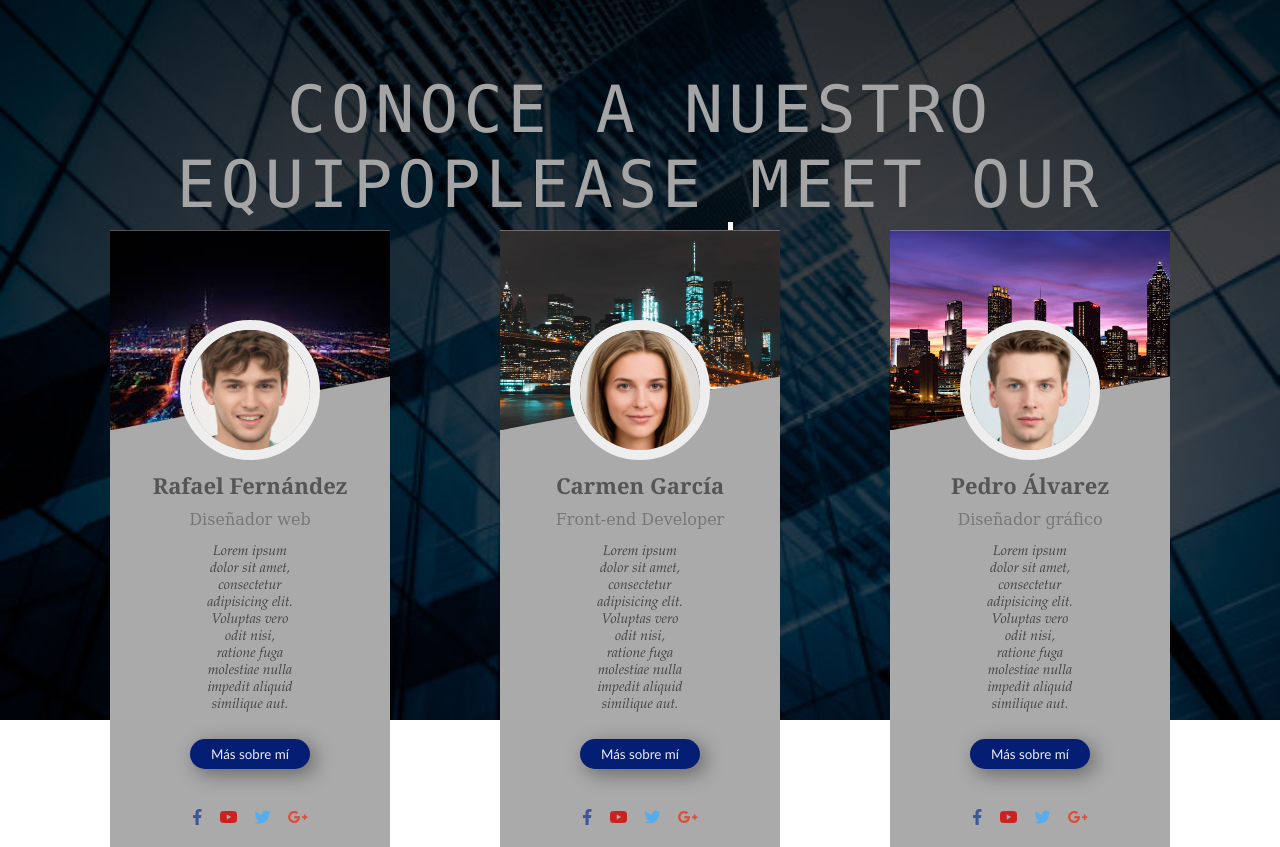
Repository: RaquelAlvarezz/Ejercicios-FormawebIV
Page: Equipo/index.html
These files come from the project's save history. The page is drawn as it stood at one moment and after the next save; the edit follows.
The browser window is 1280 px wide. The pictures show the whole page.

Above is the page before, as saved 2021-11-23 14:52:37.

### Equipo/index.html
<!DOCTYPE html>
<html lang="es">
<head>
  <meta charset="UTF-8">
  <meta http-equiv="X-UA-Compatible" content="IE=edge">
  <meta name="viewport" content="width=device-width, initial-scale=1.0">
  <title>Tarjetas equipo</title>
  <link rel="stylesheet" href="css/styles.css">
  <link rel="stylesheet" href="https://use.fontawesome.com/releases/v5.15.0/css/all.css" integrity="sha384-OLYO0LymqQ+uHXELyx93kblK5YIS3B2ZfLGBmsJaUyor7CpMTBsahDHByqSuWW+q" crossorigin="anonymous">
  <link rel="icon" href="https://w7.pngwing.com/pngs/506/152/png-transparent-computer-icons-teamwork-teamwork-miscellaneous-hand-logo-thumbnail.png">
</head>
<body cz-shortcut-listen="true">
	<div class="container">
		<div class="heading">Conoce a nuestro equipo</div>
		<div class="cards-wrapper">
			<div class="card">
				<img src="img/descarga.jpg" class="image-top" alt="">
				<img src="img/Rafa.jpg" class="profile-image" alt="">
				<h1 class="fullname">Rafael Fernández</h1>
				<p class="job">Diseñador web</p>
				<p class="about-me">Lorem ipsum dolor sit amet, consectetur adipisicing elit. Voluptas vero odit nisi, ratione fuga molestiae nulla impedit aliquid similique aut.</p>
				<button type="button">Más sobre mí</button>
				<ul class="social-icons">
					<li><a href="#"><i class="fab fa-facebook-f"></i></a></li>
					<li><a href="#"><i class="fab fa-youtube"></i></a></li>
					<li><a href="#"><i class="fab fa-twitter"></i></a></li>
					<li><a href="#"><i class="fab fa-google-plus-g"></i></a></li>
				</ul>
			</div>
			<div class="card">
				<img src="img/photo-1500632907344-a073709b2448.jpg" class="image-top" alt="">
				<img src="img/Carmen.jpg" class="profile-image" alt="">
				<h1 class="fullname">Carmen García</h1>
				<p class="job">Front-end Developer</p>
				<p class="about-me">Lorem ipsum dolor sit amet, consectetur adipisicing elit. Voluptas vero odit nisi, ratione fuga molestiae nulla impedit aliquid similique aut.</p>
				<button type="button">Más sobre mí</button>
				<ul class="social-icons">
					<li><a href="#"><i class="fab fa-facebook-f"></i></a></li>
					<li><a href="#"><i class="fab fa-youtube"></i></a></li>
					<li><a href="#"><i class="fab fa-twitter"></i></a></li>
					<li><a href="#"><i class="fab fa-google-plus-g"></i></a></li>
				</ul>
			</div>
			<div class="card">
				<img src="img/unnamed.jpg" class="image-top" alt="">
				<img src="img/Pedro.jpg" class="profile-image" alt="">
				<h1 class="fullname">Pedro Álvarez</h1>
				<p class="job">Diseñador gráfico</p>
				<p class="about-me">Lorem ipsum dolor sit amet, consectetur adipisicing elit. Voluptas vero odit nisi, ratione fuga molestiae nulla impedit aliquid similique aut.</p>
				<button type="button">Más sobre mí</button>
				<ul class="social-icons">
					<li><a href="#"><i class="fab fa-facebook-f"></i></a></li>
					<li><a href="#"><i class="fab fa-youtube"></i></a></li>
					<li><a href="#"><i class="fab fa-twitter"></i></a></li>
					<li><a href="#"><i class="fab fa-google-plus-g"></i></a></li>
				</ul>
			</div>
		</div>
	</div>
	<script src="js/script.js"></script>
</body>
</html>

### Equipo/css/styles.css
@charset "utf-8";
/* CSS Document */

*{
	margin: 0;
	padding: 0;
}

.container{
	width: 100%;
	height: 100vh;
	background: linear-gradient(rgb(0, 0, 0, .8), rgba(0, 0, 0, .6)), url("/Equipo/img/istockphoto-902746420-612x612.jpg") center no-repeat;
	background-size: cover;
}

.heading{
	color: rgb(165, 165, 165);
	font-size: 70px;
	position: absolute;
	top: 10%;
	left: 50%;
	transform:  translateX(-50%);
	font-family: Consolas, "Andale Mono", "Lucida Console", "Lucida Sans Typewriter", Monaco, "Courier New", "monospace";
	text-transform: uppercase;
	letter-spacing: 5px;
	text-align: center;
	white-space: pre-wrap;
}

.heading::after{
	content: '';
	width: 5px;
	height: 55px;
	background-color: #fff;
	position: absolute;
	animation: blinking 1s 3s infinite;
}

@keyframes blinking{
	0%{background-color: #FFFFFF}
	50%{background-color: transparent}
	100%{background-color: #fff}
}

.cards-wrapper{
	width: 80%;
	display: flex;
	justify-content: space-evenly;
	position: relative;
	top: 35%;
	left: 50%;
	transform: translateX(-50%);
}

.card{
	width:  280px;
	background-color: rgb(170, 170, 170);
	display: flex;
	flex-direction: column;
	align-items: center;
	justify-content: space-evenly;
	transition: transform .5s;
}

@keyframes cardAnim{
	0%{opacity: 0}
	100%{opacity: 1}
}

.card:nth-child(1){
	animtion: cardAnim 2s 3s backwards;
}

.card:nth-child(2){
	animtion: cardAnim 2s 3.5s backwards;
}

.card:nth-child(3){
	animtion: cardAnim 2s 4s backwards;
}

.card:hover{
	transform: scale(1.1);
}

.image-top{
	width: 100%;
	height: 220px;
	object-fit: cover;
	-webkit-clip-path: polygon(0 0, 100% 0, 100% 73%, 0% 100%);
	clip-path: polygon(0 0, 100% 0, 100% 73%, 0% 100%);
}

.profile-image{
	width: 120px;
	height: 120px;
	object-fit: cover;
	border-radius: 50%;
	margin-top: -110px;
	z-index: 10;
	border: 10px solid #eee;
}

.card h1{
	font-family: Cambria, "Hoefler Text", "Liberation Serif", Times, "Times New Roman", "serif";
	font-size: 22px;
	color: #555;
	margin: 10px;
}

.job{
	font-family: Constantia, "Lucida Bright", "DejaVu Serif", Georgia, "serif";
	color: #777;
	font-weight: 300;
}

.about-me{
	font-family: Baskerville, "Palatino Linotype", Palatino, "Century Schoolbook L", "Times New Roman", "serif";
	font-size: 14px;
	width: 90px;
	margin: 15px 0;
	font-style: italic;
	color: #444;
	text-align: center;
}

.card button{
	width: 120px;
	padding: 7px;
	margin: 10px 0;
	background-color: rgb(4, 30, 116);
	border: none;
	outline: none;
	border-radius: 25px;
	font-family: "Gill Sans", "Gill Sans MT", "Myriad Pro", "DejaVu Sans Condensed", Helvetica, Arial, "sans-serif";
	color: #eee;
	box-shadow: 5px 5px 20px rgba(0, 0, 0, .4);
}

.card:hover button{
	animation: buttonRotation 2s 1s linear;
}

@keyframes buttonRotation{
	0% {transform: scale(1) rotateZ(0)}
    5% {transform: scale(1.2) rotateZ(5deg)}
    10% {transform: scale(1.2) rotateZ(-5deg)}
    15% {transform: scale(1.2) rotateZ(5deg)}
    20% {transform: scale(1.2) rotateZ(-5deg)}
    25% {transform: scale(1.2) rotateZ(5deg)}
    30% {transform: scale(1.2) rotateZ(-5deg)}
    35% {transform: scale(1.2) rotateZ(5deg)}
    40% {transform: scale(1.2) rotateZ(-5deg)}
    45% {transform: scale(1.2) rotateZ(5deg)}
    50% {transform: scale(1.2) rotateZ(-5deg)}
    55% {transform: scale(1.2) rotateZ(5deg)}
    60% {transform: scale(1.2) rotateZ(-5deg)}
    65% {transform: scale(1.2) rotateZ(5deg)}
    70% {transform: scale(1.2) rotateZ(-5deg)}
    75% {transform: scale(1.2) rotateZ(5deg)}
    80% {transform: scale(1.2) rotateZ(-5deg)}
    85% {transform: scale(1.2) rotateZ(5deg)}
    90% {transform: scale(1.2) rotateZ(-5deg)}
    95% {transform: scale(1.2) rotateZ(5deg)}
    100% {transform: scale(1) rotateZ(0)}
}

.social-icons{
	width: 150px;
	list-style: none;
	display: flex;
	justify-content: space-evenly;
	margin: 10px 0 20px 0;
	boder-top: 1px solid #999;
	padding-top: 20px;
}

.fa-facebook-f{
	color: #3b5999;
}

.fa-youtube{
	color: #cd201f;
}

.fa-twitter{
	color: #55acee;
}

.fa-google-plus-g{
	color: #dd4b39;
}

@media(max-width: 1300px){
	.heading{
		font-size: 65px;
		width: 80%;
	}
	.cards-wrapper{
		width: 100%;
		top: 32%;
	}
	.image-top{
		height: 200px;
	}
}

@media(max-width: 1000px){
	.container{
		height: 100%;
	}
	.heading{
		width: 90%;
	}
	.cards-wrapper{
		flex-wrap: wrap;
		padding:300px 0 200px 0;
	}
	.card{
		margin: 0 30px 50px 30px;
	}
}

@media(max-width: 700px){
	.heading{
		font-size: 50px;
	}
	.heading::after{
		height: 40px;
	}
}

@media(max-width: 450px){
	.heading{
		font-size: 40px;
	}
	.heading::after{
		height: 33px;
	}
	.cards-wrapper{
		padding: 25px 0 150px 0;
	}
}

### Equipo/js/script.js
// JavaScript Document
const heading = 'Please Meet Our Team';
let i = 0;

const typing = () => {
	if(i < heading.length){
		document.querySelector('.heading').innerHTML += heading.charAt(i);
		i++;

		setTimeout(typing, 150);
	}
}

typing();

After the next save:
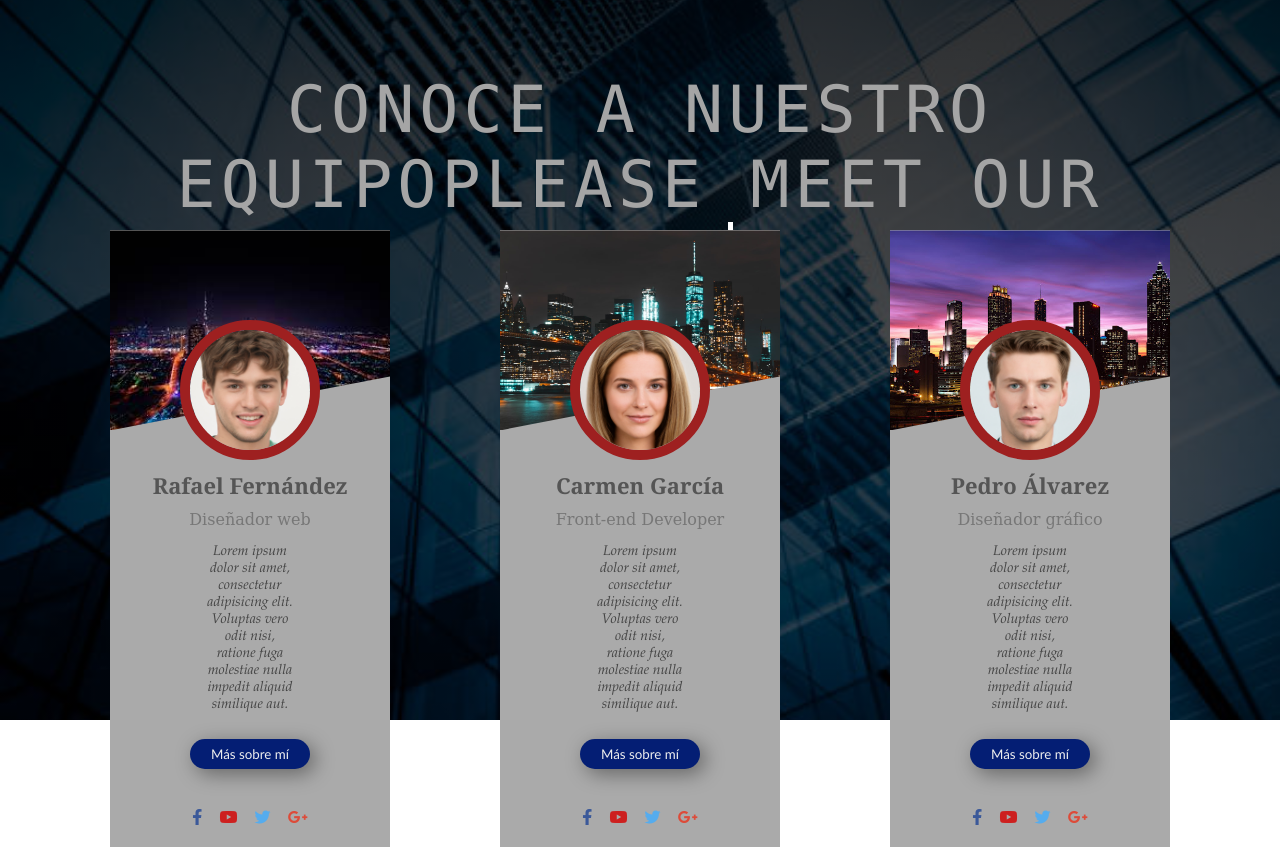
Saved 15 s later.
--- a/Equipo/css/styles.css
+++ b/Equipo/css/styles.css
@@ -98,7 +98,7 @@
 	border-radius: 50%;
 	margin-top: -110px;
 	z-index: 10;
-	border: 10px solid #eee;
+	border: 10px solid rgb(158, 32, 32);
 }
 
 .card h1{
